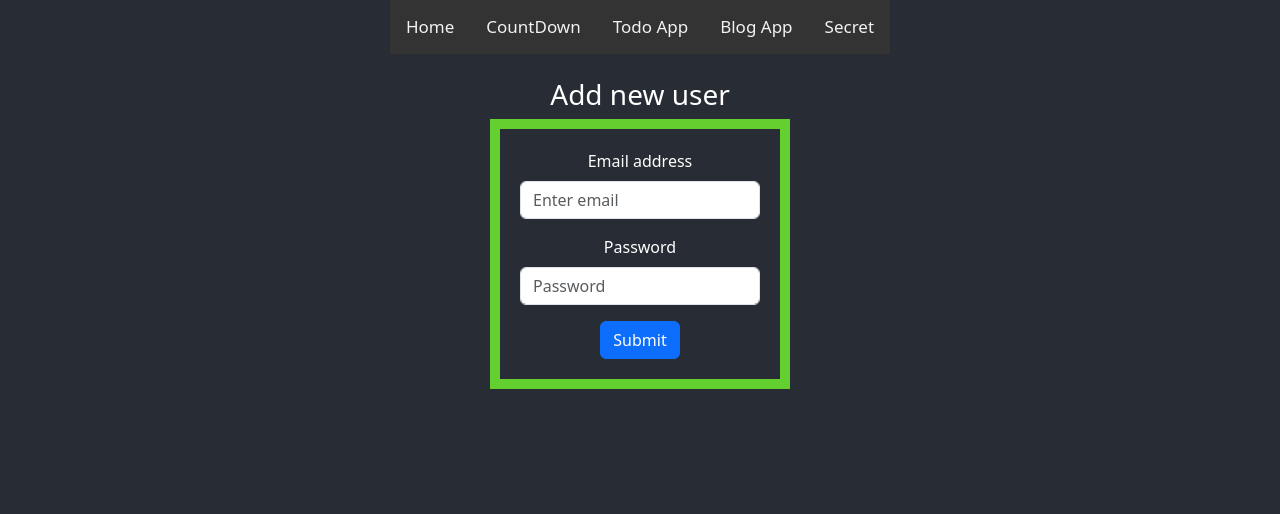
Repository: ThucSkin/React-hook-basic
Page: /add/user
An editor plug-in stored every save of this project. The page is shown before and after the next save, followed by the edit.
The browser window is 1280 px wide. The pictures show the whole page.
The project was rebuilt for these pictures with package versions that can differ from the ones it lists, and the page was loaded fresh each time. Also part of the build but not shown: src/views/Todo.js, src/views/TableApi/TableUser.scss, src/customize/Fetch.js, src/views/TableApi/TableApi.js, src/views/CountDown/countdown.js, src/views/Blog.js, src/views/BlogDetail.js.

Above is the page before, as saved 2023-06-12 00:19:58.

### src/App.js

import './App.scss';
import Nav from './views/Nav';
import Todo from './views/Todo';
import TableApi from './views/TableApi/TableApi';
import { CountDown } from './views/CountDown/countdown';
import { Routes, Route } from 'react-router-dom'
import { Blog } from './views/Blog';
import DetailBlog from './views/BlogDetail';
import { Container } from 'react-bootstrap';
import AddNewUser from './views/AddNewUser';
import 'bootstrap/dist/css/bootstrap.min.css';


const App = () => {
  return (
    <div className="App">
      <header className="App-header">
        <Nav />
        <Container className='container'>
          <Routes>
            <Route path='/' element={<TableApi />} />
            <Route path='/countdown' element={<CountDown />} />
            <Route path='/todo' element={<Todo />} />
            <Route path='/blog' element={<Blog />} />
            <Route path='/blog/:id' element={<DetailBlog />} />
            <Route path='/add/user' element={<AddNewUser />} />
          </Routes>
        </Container>
      </header>
    </div>
  );
}

export default App;

### src/App.scss
.App {
    text-align: center;
}

.App-logo {
    height: 10vmin;
    pointer-events: none;
}

@media (prefers-reduced-motion: no-preference) {
    .App-logo {
        animation: App-logo-spin infinite 20s linear;
    }
}

.App-header {
    background-color: #282c34;
    min-height: 100vh;
    display: flex;
    flex-direction: column;
    align-items: center;
    /* justify-content: center; */
    font-size: calc(10px + 2vmin);
    color: white;
}

.App-link {
    color: #61dafb;
}

@keyframes App-logo-spin {
    from {
        transform: rotate(0deg);
    }

    to {
        transform: rotate(360deg);
    }
}

.container {
    font-size: 16px;

}

### src/views/Nav.js
import { NavLink } from 'react-router-dom';
import './Nav.scss';
import 'bootstrap/dist/css/bootstrap.min.css';

const Nav = () => {
    return (
        <>
            <div className="topnav mb-4">
                <NavLink to="/" activeclassName="active">Home</NavLink>
                <NavLink to="/countdown">CountDown</NavLink>
                <NavLink to="/todo">Todo App</NavLink>
                <NavLink to="/blog">Blog App</NavLink>
                <NavLink to="/secrect">Secret</NavLink>
            </div>
        </>
    )
}

export default Nav;

### src/views/AddNewUser.js
import Button from 'react-bootstrap/Button';
import Form from 'react-bootstrap/Form';
import 'bootstrap/dist/css/bootstrap.min.css';

const AddNewUser = () => {
    return (
        <>
            <h3>Add new user</h3>
            <Form className='form-add'>
                <Form.Group className="mb-3" controlId="formBasicEmail">
                    <Form.Label>Email address</Form.Label>
                    <Form.Control type="email" placeholder="Enter email" />
                </Form.Group>

                <Form.Group className="mb-3" controlId="formBasicPassword">
                    <Form.Label>Password</Form.Label>
                    <Form.Control type="password" placeholder="Password" />
                </Form.Group>
                <Button variant="primary" type="submit">
                    Submit
                </Button>
            </Form>
        </>
    );
}

export default AddNewUser;

### src/views/Nav.scss
body {
    margin: 0;
    font-family: Arial, Helvetica, sans-serif;

    .topnav {
        overflow: hidden;
        background-color: #333;

        a {
            float: left;
            color: #f2f2f2;
            text-align: center;
            padding: 14px 16px;
            text-decoration: none;
            font-size: 17px;
        }

        a:hover {
            background-color: #ddd;
            color: black;
        }

        a.active {
            background-color: #04AA6D;
            color: white;
        }
    }

    .form-add {
        width: 300px;
        margin: 0 auto;
        border: 10px solid rgb(99, 208, 48);
        padding: 20px;
    }
}

Loaded but not shown: public/index.html (common file); src/index.js (common file); src/index.css (common file); src/reportWebVitals.js (common file)

After the next save:
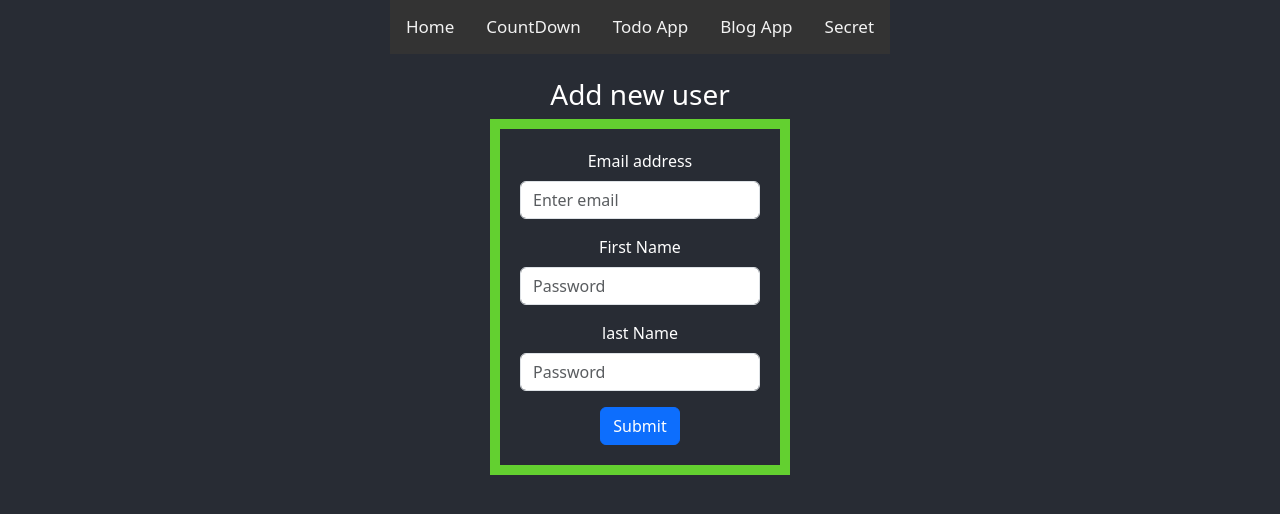
Saved 46 s later.
--- a/src/views/AddNewUser.js
+++ b/src/views/AddNewUser.js
@@ -13,8 +13,13 @@ const AddNewUser = () => {
                 </Form.Group>
 
                 <Form.Group className="mb-3" controlId="formBasicPassword">
-                    <Form.Label>Password</Form.Label>
-                    <Form.Control type="password" placeholder="Password" />
+                    <Form.Label>First Name</Form.Label>
+                    <Form.Control type="text" placeholder="Password" />
+                </Form.Group>
+
+                <Form.Group className="mb-3" controlId="formBasicPassword">
+                    <Form.Label>last Name</Form.Label>
+                    <Form.Control type="text" placeholder="Password" />
                 </Form.Group>
                 <Button variant="primary" type="submit">
                     Submit
